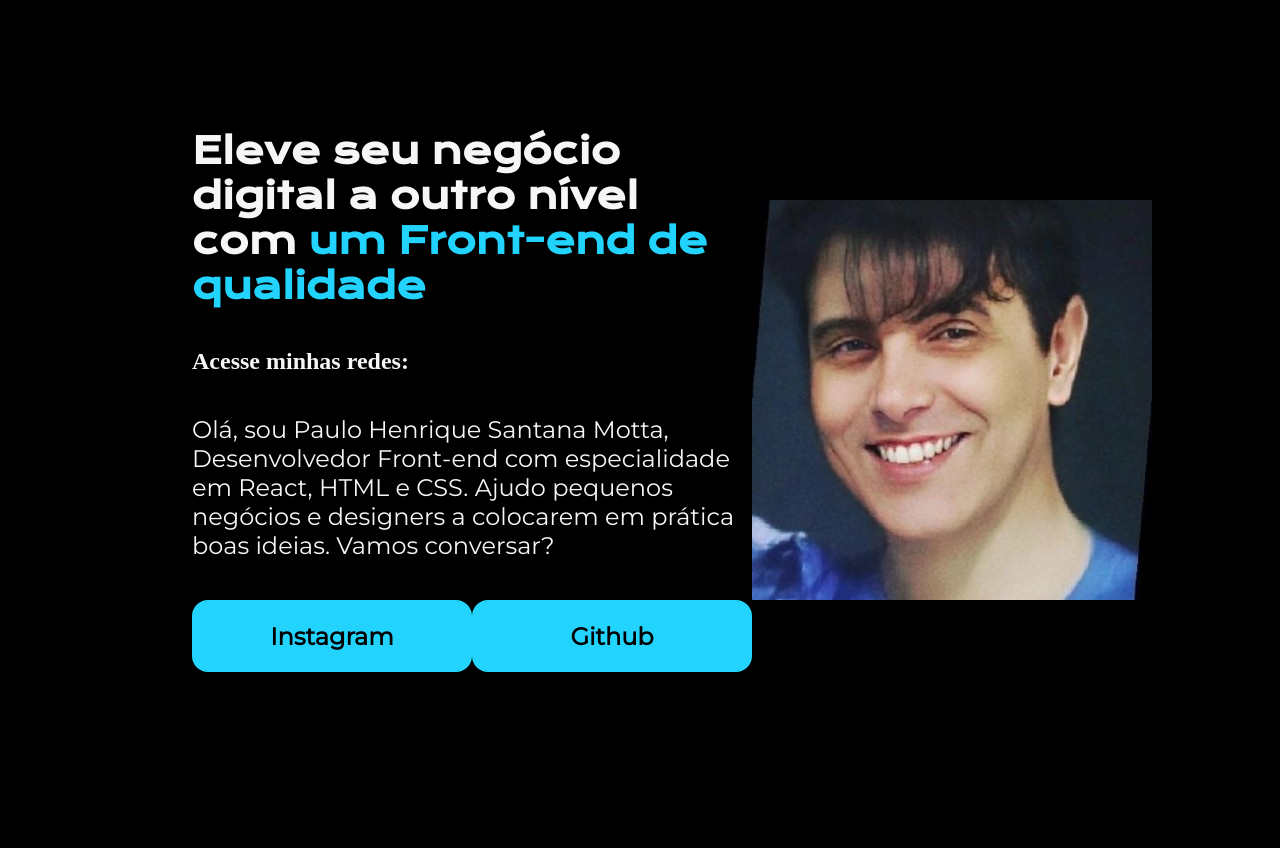
Repository: phsmottanerd/projeto-portfolio-alura
Page: index.html
An editor plug-in stored every save of this project. The page is shown before and after the next save, followed by the edit.
The browser window is 1280 px wide. The pictures show the whole page.

Above is the page before, as saved 2025-01-25 03:16:10.

### index.html
<!DOCTYPE html>
<html lang="pt-br">
  <head>
    <meta charset="UTF-8" />
    <meta name="viewport" content="width=device-width, initial-scale=1.0" />
    <link rel="stylesheet" href="./style.css" />
    <title>Portfólio</title>
  </head>
  <body>
    <header></header>
    <main class="apresentacao">
      <section class="apresentacao__conteudo">
        <h1 class="apresentacao__conteudo__titulo">
          Eleve seu negócio digital a outro nível com
          <strong class="titulo-destaque">
            um Front-end de qualidade</strong
          >
        </h1>
        <h2 class="apresentacao__conteudo__titulo__subtitulo">Acesse  minhas redes:</h2>

        <p class="apresentacao__conteudo__texto">
          Olá, sou Paulo Henrique Santana Motta, Desenvolvedor Front-end com
          especialidade em React, HTML e CSS. Ajudo pequenos negócios e
          designers a colocarem em prática boas ideias. Vamos conversar?
        </p>
        <div class="apresentacao__links">
          <a class="apresentacao__links__link" href="">Instagram</a>
          <a
            class="apresentacao__links__link"
            href="https://github.com/phsmottanerd?tab=repositories"
            >Github</a
          >
        </div>
      </section>
      <img src="./img/1722867171561.jpg" alt="imagem-foto" />
    </main>
    <footer></footer>
  </body>
</html>

### style.css
@import url("https://fonts.googleapis.com/css2?family=Krona+One&family=Montserrat&display=swap");

* {
  margin: 0;
  padding: 0;
  box-sizing: border-box;
}

body {
  height: 100vh;
  background-color: black;
  color: #f6f6f6;
}

.titulo-destaque {
  color: #22d4fd;
}

.apresentacao {
  margin: 10% 15%;
  display: flex;
  align-items: center;
  justify-content: space-between;
}

.apresentacao__conteudo {
  width: 615px;
  display: flex;
  flex-direction: column;
  gap: 40px;
}

.apresentacao__conteudo__titulo {
  font-size: 36px;
  font-family: "Krona One", sans-serif;
}

.apresentacao__conteudo__texto {
  font-size: 24px;
  font-family: "Montserrat", sans-serif;
}

.apresentacao__links {
  display: flex;
  justify-content: space-between;
}

.apresentacao__links__link {
  background-color: #22d4fd;
  width: 280px;
  text-align: center;
  border-radius: 16px;
  font-size: 24px;
  font-weight: 600;
  padding: 21.5px 0;
  text-decoration: none;
  color: #000000;
  font-family: "Montserrat", sans-serif;
}

After the next save:
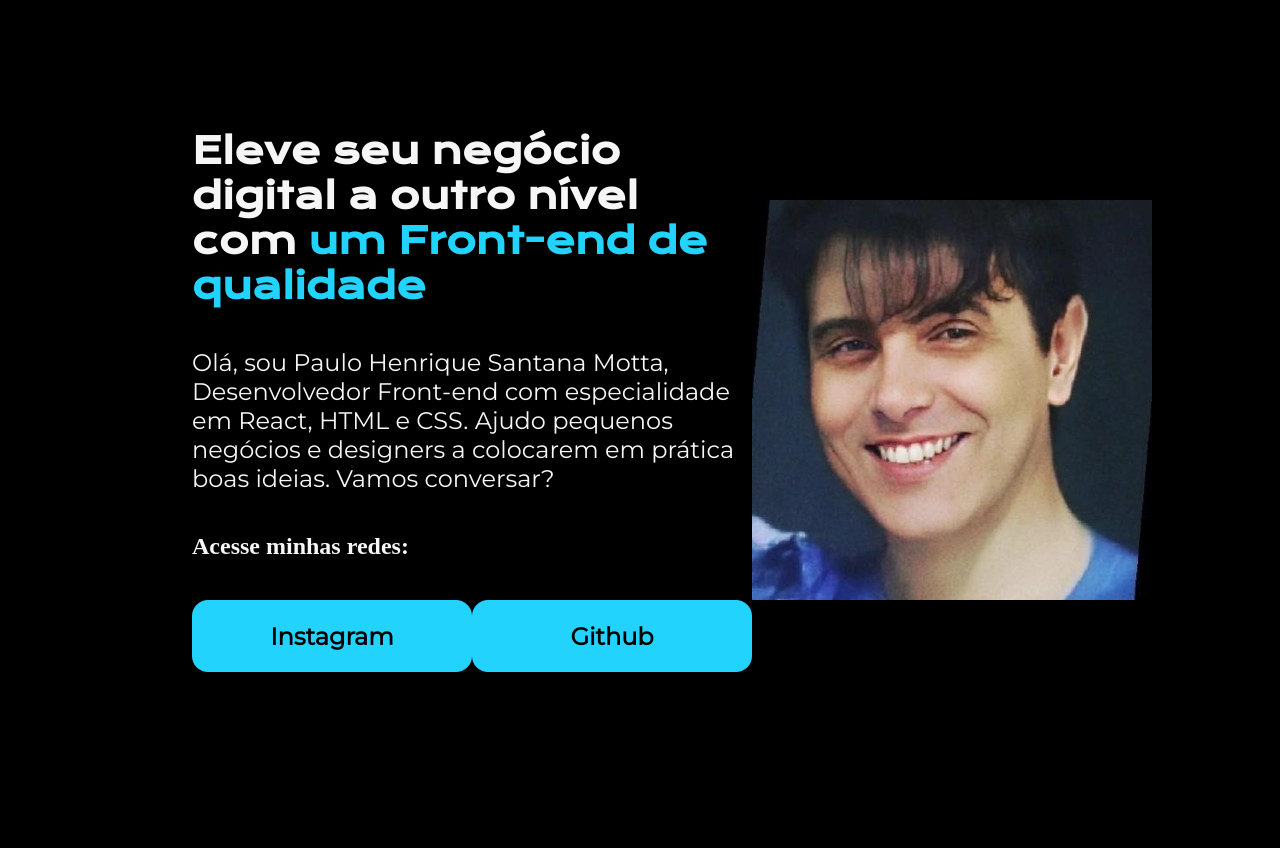
Saved 2 min 35 s later.
--- a/index.html
+++ b/index.html
@@ -16,13 +16,14 @@
             um Front-end de qualidade</strong
           >
         </h1>
-        <h2 class="apresentacao__conteudo__titulo__subtitulo">Acesse  minhas redes:</h2>
-
         <p class="apresentacao__conteudo__texto">
           Olá, sou Paulo Henrique Santana Motta, Desenvolvedor Front-end com
           especialidade em React, HTML e CSS. Ajudo pequenos negócios e
           designers a colocarem em prática boas ideias. Vamos conversar?
         </p>
+        <h2 class="apresentacao__conteudo__titulo__subtitulo">Acesse  minhas redes:</h2>
+
+
         <div class="apresentacao__links">
           <a class="apresentacao__links__link" href="">Instagram</a>
           <a
